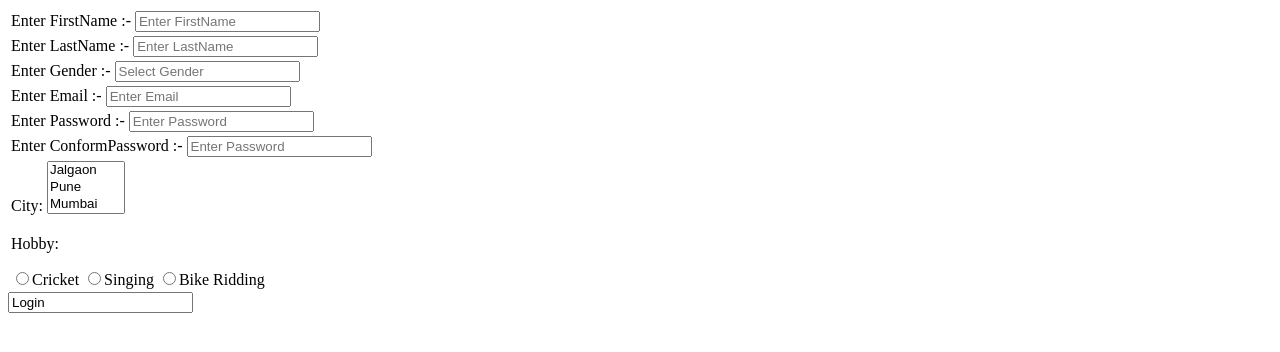
Repository: shzkhar/ISM_ADV_JAVA_23
Page: http://localhost/JSPRegiDemo/Regi.jsp
These files come from the project's save history. The page is drawn as it stood at one moment and after the next save; the edit follows.
The browser window is 1280 px wide. The pictures show the whole page.
The page is served by Tomcat 9.

Above is the page before, as saved 2023-04-01 10:23:32.

After the next save:
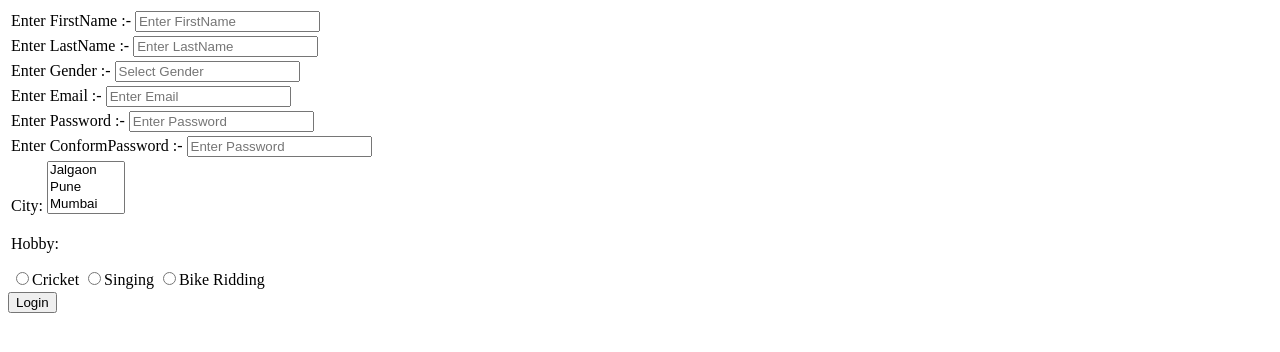
Saved 23 s later.
--- a/JSPRegiDemo/src/main/webapp/Regi.jsp
+++ b/JSPRegiDemo/src/main/webapp/Regi.jsp
@@ -36,7 +36,7 @@
 
 
         </table>
-        <input text="submit" value="Login"/>
+        <input type="submit" value="Login"/>
 
     </form>
 </body>
